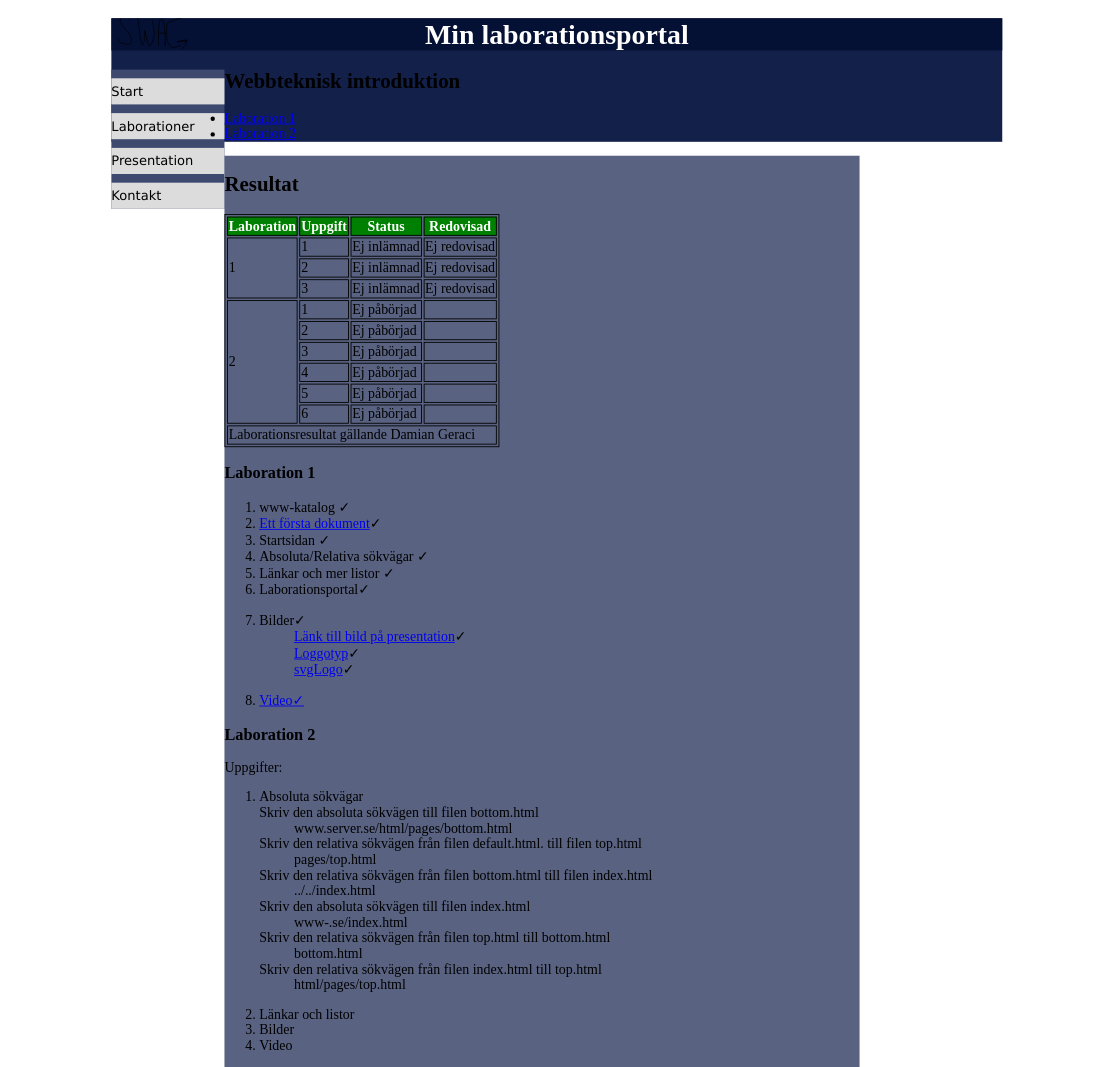
Repository: dg222dm/1ik415-laborationer
Page: pages/laborationer.html
The author's editor kept a record of every edit. The page is drawn from the files as they stood at one moment, then again after the next edit.
The browser window is 1280 px wide. The pictures show the whole page, at 87% of full size.

Above is the page before.

### pages/laborationer.html
<!doctype html>
<html lang="sv">
    <head>
        <link rel="stylesheet"  href="../css/style.css" />
        <meta charset="utf-8" />
        <title>Laborationer</title>
        <!--http://docs.webplatform.org/wiki/guides/html_tables -->
        <style>
        table,th,td
        {
        border:1px solid black;
        }
        </style>
    </head>

    <body>
    <div id="background">
    <div id="header">
        <h1>Min laborationsportal</h1>
    </div>

    <div id="nav">
<!--Lista med länkar -->
        <ul>
            <li><a href="../index.html">Start</a></li>
            <li><a href="laborationer.html">Laborationer</a></li>
            <li><a href="presentation.html">Presentation</a></li>
            <li><a href="kontakt.html">Kontakt</a></li>

<!--Slut på länk lista -->
        </ul>
    </div>
        <h2>Webbteknisk introduktion</h2>

        <ul>
            <li><a href="#lab1">Laboration 1</a></li>
            <li><a href="#lab2">Laboration 2</a></li>
        </ul>
    </div>
    <div id="content">
    <article>
<!--Tabell med studieresultat -->
<!-- http://www.w3schools.com/tags/tryit.asp?filename=tryhtml_td_rowspan -->
        <h2>Resultat</h2>
        <table>
            <thead>
                <tr>
                    <th>Laboration</th>
                    <th>Uppgift</th>
                    <th>Status</th>
                    <th>Redovisad</th>
                </tr>
            </thead>
            <tbody>
                <tr>
                    <td rowspan="3">1</td>
                    <td>1</td>
                    <td>Ej inlämnad</td>
                    <td>Ej redovisad</td>

                </tr>
                <tr>
                    <td>2</td>
                    <td>Ej inlämnad</td>
                    <td>Ej redovisad</td>
                </tr>
                <tr>
                    <td>3</td>
                    <td>Ej inlämnad</td>
                    <td>Ej redovisad</td>
                </tr>
                <tr>
                    <td rowspan="6">2</td>
                    <td>1</td>
                    <td>Ej påbörjad</td>
                    <td></td>
                </tr>
                <tr>
                    <td>2</td>
                    <td>Ej påbörjad</td>
                    <td></td>
                </tr>
                <tr>
                    <td>3</td>
                    <td>Ej påbörjad</td>
                    <td></td>
                </tr>
                <tr>
                    <td>4</td>
                    <td>Ej påbörjad</td>
                    <td></td>
                </tr>
                <tr>
                    <td>5</td>
                    <td>Ej påbörjad</td>
                    <td></td>
                </tr>
                <tr>
                    <td>6</td>
                    <td>Ej påbörjad</td>
                    <td></td>
                </tr>
            </tbody>
            <tfoot>
                <tr>
                    <td colspan="4">Laborationsresultat gällande Damian Geraci</td>
                </tr>
            </tfoot>
        </table>
<!--Slut på länklista med ID attributer-->
        <h3><a id="lab1">Laboration 1</a></h3>
        <ol>
            <li>www-katalog &#x2713;</li>
            <li><a href="presentation.html">Ett första dokument</a>&#x2713;</li>
            <li>Startsidan &#x2713;</li>
            <li>Absoluta/Relativa sökvägar &#x2713;</li>
            <li>Länkar och mer listor &#x2713;</li>
            <li>Laborationsportal&#x2713;</li>
            <!-- fråga läraren om mellanrummet -->
            <li><dl>
                <dt>Bilder&#x2713;</dt>
                <dd><a href="presentation.html#lyra">Länk till bild på presentation</a>&#x2713;</dd>
                <dd><a href="../pics/LoggoLab1.png">Loggotyp</a>&#x2713;</dd>
                <dd><a href="../index.html#svgLogo">svgLogo</a>&#x2713;</dd>
            </dl></li>
            <li><a href="../index.html#motivation">Video&#x2713;</a></li>
        </ol>
        <h3><a id="lab2">Laboration 2</a></h3>

<!--Lista med Laborations uppgifter-->
        <p>Uppgifter:</p>
        <ol>
            <li><dl>
                    <dt>Absoluta sökvägar</dt>
                    <dt>Skriv den absoluta sökvägen till filen bottom.html</dt>
                    <dd>www.server.se/html/pages/bottom.html</dd>
                    <dt>Skriv den relativa sökvägen från filen default.html. till filen top.html</dt>
                    <dd>pages/top.html</dd>
                    <dt>Skriv den relativa sökvägen från filen bottom.html till filen index.html</dt>
                    <dd>../../index.html</dd>
                    <dt>Skriv den absoluta sökvägen till filen index.html</dt>
                    <dd>www-.se/index.html</dd>
                    <dt>Skriv den relativa sökvägen från filen top.html till bottom.html</dt>
                    <dd>bottom.html</dd>
                    <dt>Skriv den relativa sökvägen från filen index.html till top.html</dt>
                    <dd>html/pages/top.html</dd>
            </dl></li>
            <li>Länkar och listor</li>
            <li>Bilder</li>
            <li>Video</li>
        </ol>
    </article>
    </div>
    </div>
    </body>
</html>

### css/style.css
#header {
    width:1024px;
    background-color:#051035;
    color:white;
    text-align:center;
    background-image: url(../css/pics/svgLogo.svg);
    background-size: 100px 100px;
    background-position: left -20px;
    background-repeat: no-repeat;

}
#nav ul{
    line-height:30px;
    background-color:#3E496F;
    list-style-type: none;
    font-family: verdana;
    font-size:15px;
    float:left;
    margin: 0;
    padding:0;
}

#nav li{
    margin: 10px 0 0; /*Mellan rum mellan list items*/
}

.active {
    font-size:20px;
    text-align:center;
}

#nav a{
    display: block;
    width: 130px;
    background: #dcdcdc;
    text-decoration: none; /*tar bort understräcken*/
}

#nav a:link, #nav a:active, #nav a:visited {
    color: #000000;
}

#nav a:hover {
    border:1px solid #000000;
    background:#333333;
    color: #ffffff;
}

#background {
    width:1024px;
    height:auto;
    margin:0 auto;
    background-color:#13214A;
}



#footer {
    background-color:#051035;
    width:1024px;
    color:white;
    clear:both;
    text-align:center;

}

#content {
  width: 730px;
  float:left;
  background-color:#596381;
  height: auto;

}

.right {
    float: right;
    border:1px solid #021a40;
    padding: 1px;
}
.left {
    float: left;
    border:1px solid #021a40;
    padding: 1px;
}

.center {
    margin-left:220px;

  }

  table, td, th {
    border: 1px  solid;
}

th {
    background-color: green;
    color: white;
}
/*
header färg: #051035
nav fönster färg: #3E496F
bakgrundsfärg: #13214A
content färg: #596381
footer färg: #051035

*/

After the next edit:
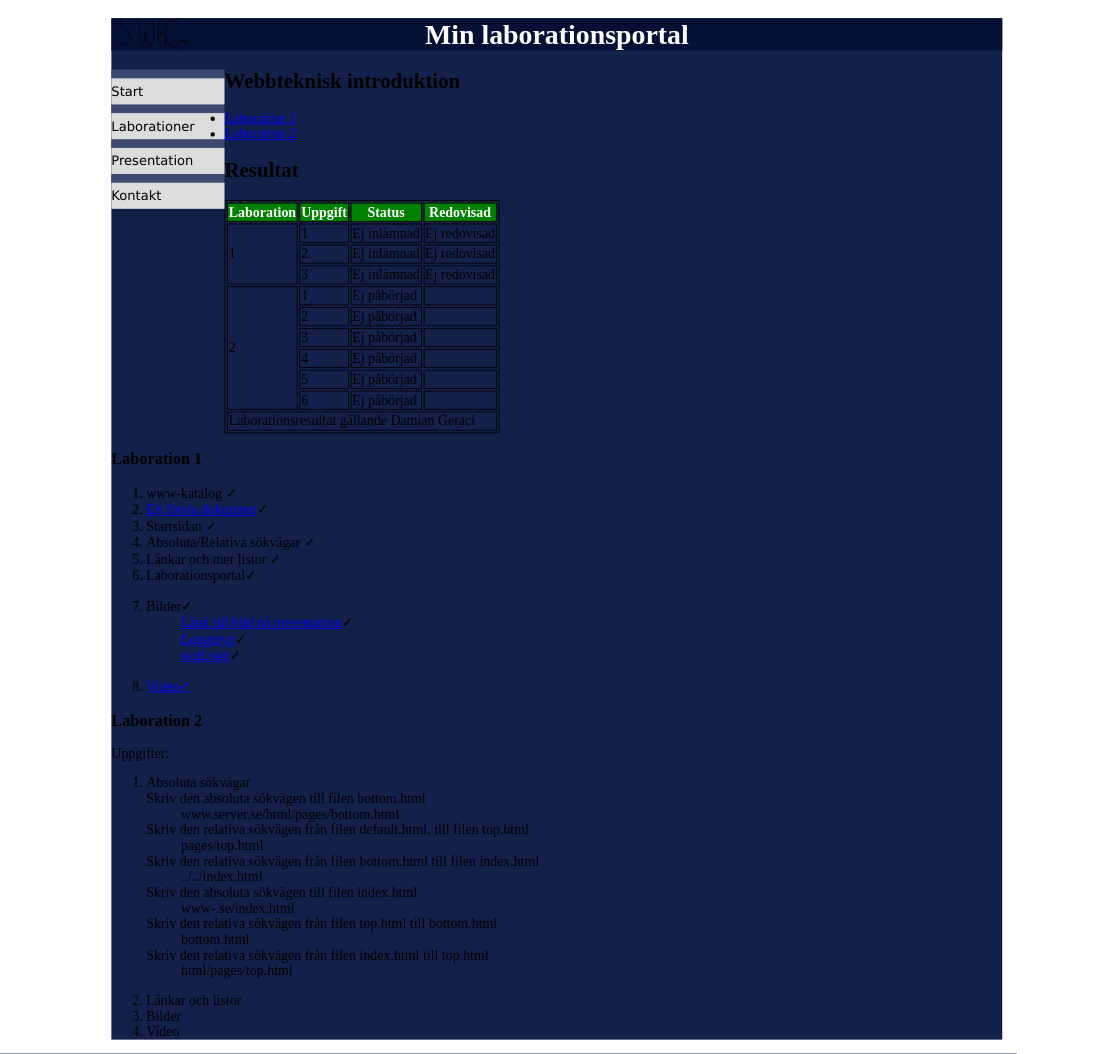
The edit:
--- a/pages/laborationer.html
+++ b/pages/laborationer.html
@@ -36,9 +36,7 @@
             <li><a href="#lab1">Laboration 1</a></li>
             <li><a href="#lab2">Laboration 2</a></li>
         </ul>
-    </div>
-    <div id="content">
-    <article>
+
 <!--Tabell med studieresultat -->
 <!-- http://www.w3schools.com/tags/tryit.asp?filename=tryhtml_td_rowspan -->
         <h2>Resultat</h2>
